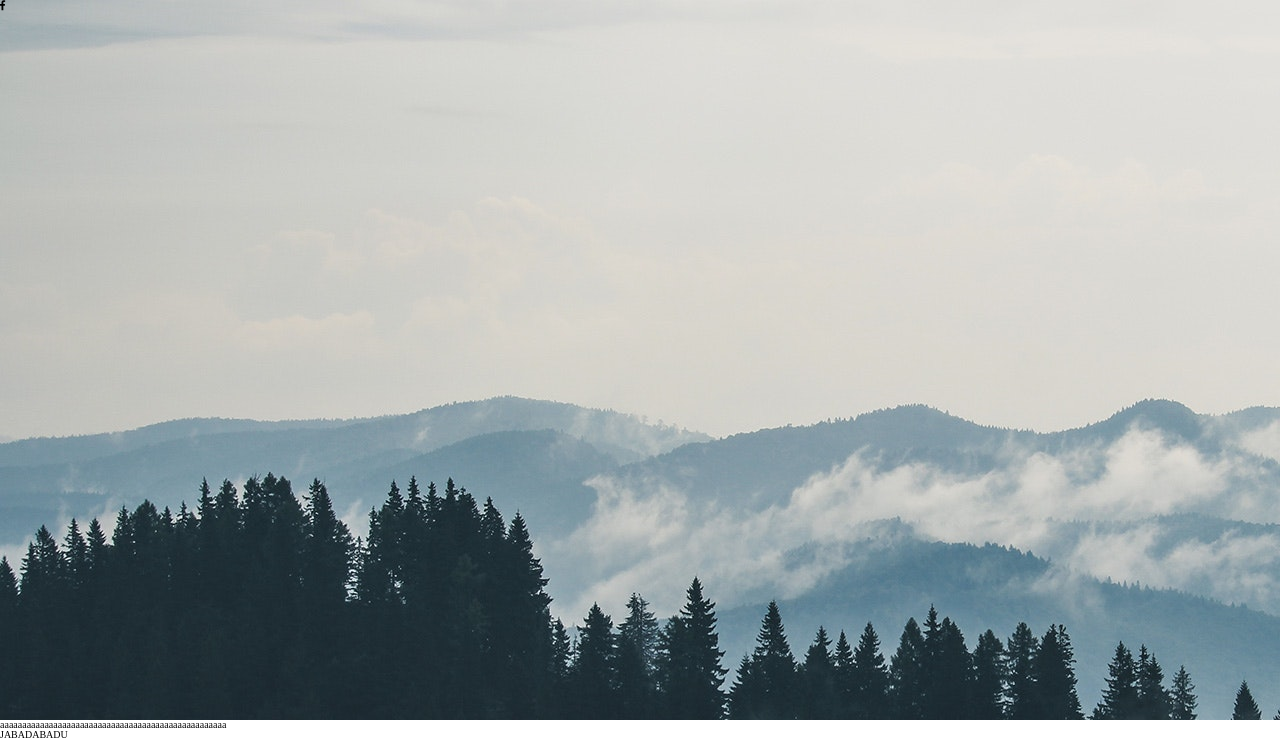
Repository: Maxs777/wizytowka
Page: index.html
An editor plug-in stored every save of this project. The page is shown before and after the next save, followed by the edit.
The browser window is 1280 px wide. The pictures show the whole page.

Above is the page before, as saved 2019-03-06 20:49:20.

### index.html
<!DOCTYPE html>
<html lang="pl">
<head>
    <meta charset="UTF-8">
    <meta name="viewport" content="width=device-width, initial-scale=1.0">
    <meta http-equiv="X-UA-Compatible" content="ie=edge">
    <link rel="stylesheet" href="_css/style.css">
    <title>Strona-wizytówka</title>
    <meta name="description" content="Jest to moja pierwsza strona-wizytówka">
    <meta name="author" content="Maksymilian Suchocki">
    <link rel="stylesheet" href="https://use.fontawesome.com/releases/v5.7.2/css/all.css"
        integrity="sha384-fnmOCqbTlWIlj8LyTjo7mOUStjsKC4pOpQbqyi7RrhN7udi9RwhKkMHpvLbHG9Sr" crossorigin="anonymous">

</head>
<body>
    <div class="container">
        <header>
<i class="fab fa-facebook-f"></i>
        </header>
        <nav>
aaaaaaaaaaaaaaaaaaaaaaaaaaaaaaaaaaaaaaaaaaaaaaaaaaa
        </nav>
        <main>
<h1>JABADABADU</h1>
        </main>
        <footer>

        </footer>
    </div>
</body>
</html>

### _css/style.css
@import url('reset.css');

:root{
    /* -----------------------------fonts */
    font-size: 62.5%;

    /*---------------------------- colors */
    --dark-blue-color: #2C3E50;
    --red-color: #E74C3C;
    --white-color: #ECF0F1;
    --main-blue: #3498DB;
    --second-blue: #2980B9;
    /* ---------------------------------- */

}

*,
*::after,
*::before{
    box-sizing: border-box;
}

.hide{
    position: absolute;
    clip:rect(0px 0px 0px 0px);
    *clip: rect(0 0 0 0);
}

header{
    height: 100vh;
    width: 100vw;
    background: url(../_assets/_img/background.jpg) ;
}

Loaded but not shown: _css/reset.css (common file)

After the next save:
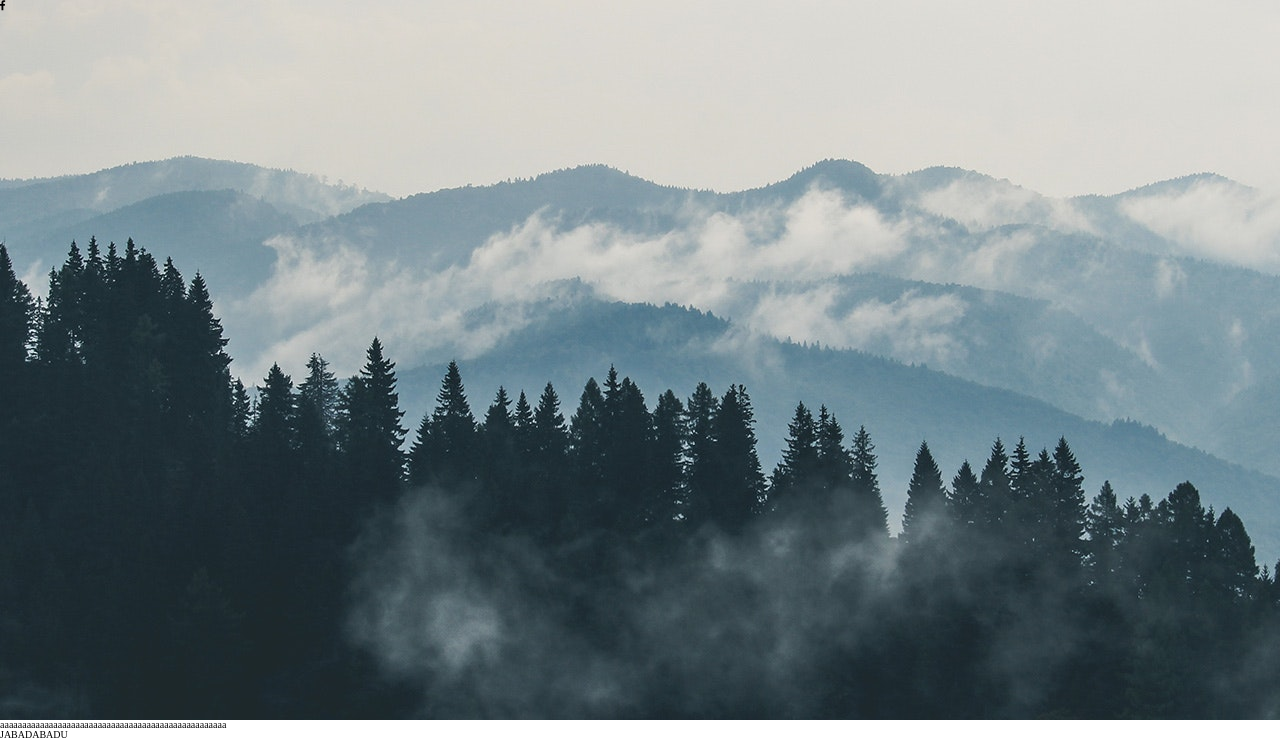
Saved 16 s later.
--- a/_css/style.css
+++ b/_css/style.css
@@ -29,5 +29,5 @@
 header{
     height: 100vh;
     width: 100vw;
-    background: url(../_assets/_img/background.jpg) ;
+    background: url(../_assets/_img/background.jpg) center;
 }
